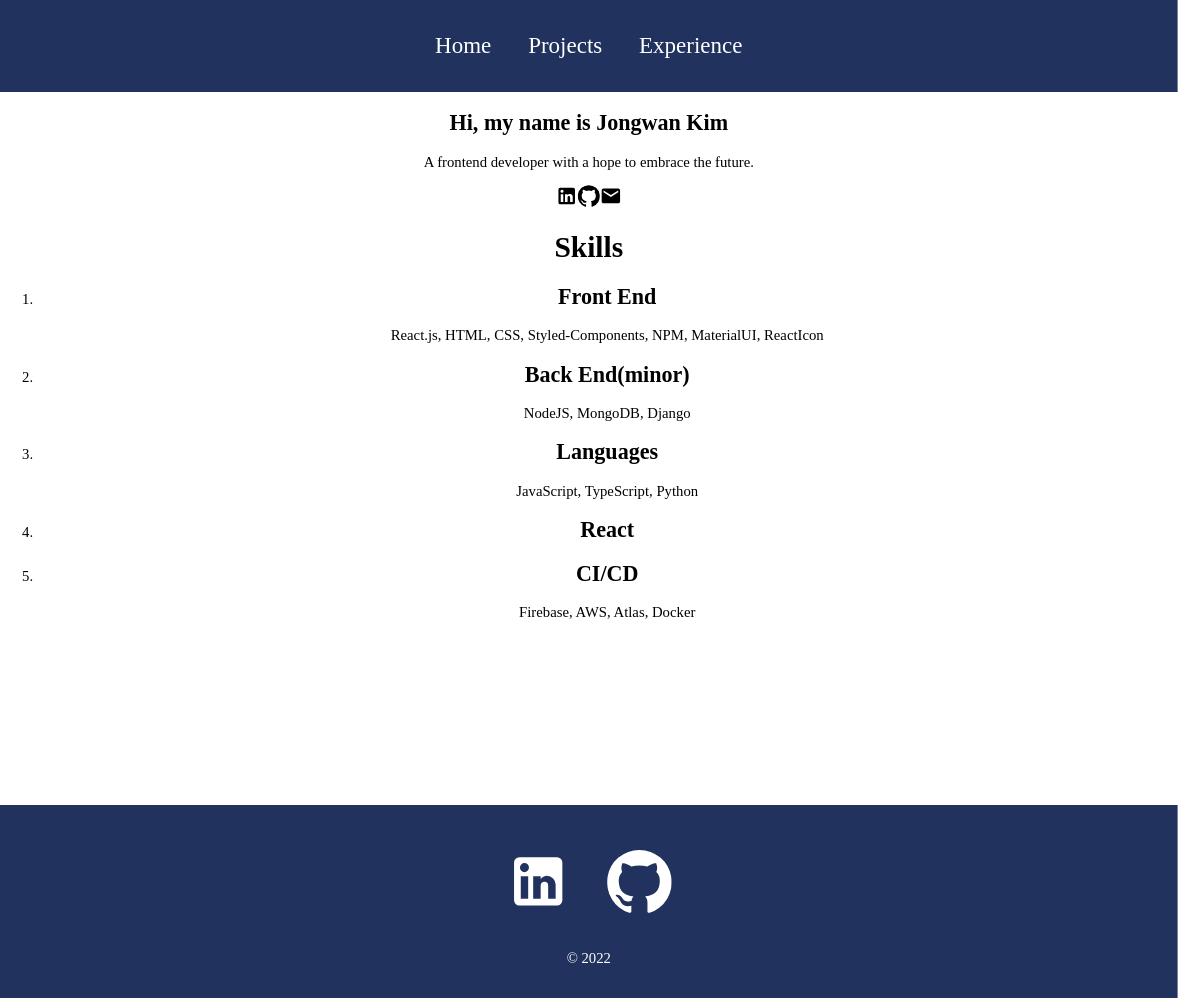
Repository: mireu-san/jw-personal-page
Page: /
An editor plug-in stored every save of this project. The page is shown before and after the next save, followed by the edit.
The browser window is 1280 px wide. The pictures show the whole page, at 92% of full size.
The project was rebuilt for these pictures with package versions that can differ from the ones it lists, and the page was loaded fresh each time. Also part of the build but not shown: src/pages/Experience.js, src/pages/Projects.js.

Above is the page before, as saved 2022-11-09 17:18:40.

### src/App.js
import "./App.css";
import { BrowserRouter as Router, Routes, Route } from "react-router-dom";
import Home from "./pages/Home";
import Experience from "./pages/Experience";
import Projects from "./pages/Projects";
import Navbar from "./components/Navbar";
import Footer from "./components/Footer";

function App() {
  return (
    <div className="App">
      <Router>
        {/* #1 차이점? */}
        <Navbar />
        <Routes>
          <Route path="/" element={<Home />} />
          <Route path="/projects" element={<Projects />} />
          <Route path="/experience" element={<Experience />} />
        </Routes>
        <Footer />
      </Router>
    </div>
  );
}

export default App;

### src/App.css
/* recommended default setting */
.App {
  text-align: center;
}

body {
  padding: 0;
  margin: 0;
}


/* end of recommended default setting */

### src/pages/Home.js
import React from "react";
import LinkedInIcon from "@material-ui/icons/LinkedIn";
import GithubIcon from "@material-ui/icons/GitHub";
import EmailIcon from "@material-ui/icons/Email";

function Home() {
  return (
    <div className="home">
      <div className="about"> </div>
      <div className="about">
        <h2>Hi, my name is Jongwan Kim</h2>
        <div className="prompt">
          <p> A frontend developer with a hope to embrace the future. </p>
          <LinkedInIcon />
          <GithubIcon />
          <EmailIcon />
        </div>
      </div>
      <div className="skills">
        <h1>Skills</h1>
        <ol className="list">
          <li className="item">
            <h2>Front End</h2>
            <span>
              React.js, HTML, CSS, Styled-Components, NPM, MaterialUI, ReactIcon{" "}
            </span>
          </li>
          <li className="item">
            <h2>Back End(minor)</h2>
            <span>NodeJS, MongoDB, Django</span>
          </li>
          <li className="item">
            <h2>Languages</h2>
            <span>JavaScript, TypeScript, Python</span>
          </li>
          <li className="item">
            <h2>React</h2>
            <span> </span>
          </li>
          <li className="item">
            <h2>CI/CD</h2>
            <span>Firebase, AWS, Atlas, Docker</span>
          </li>
        </ol>
      </div>
    </div>
  );
}

export default Home;

### src/components/Navbar.js
import React, { useEffect, useState } from "react";
import { Link, useLocation } from "react-router-dom";
import "../styles/Navbar.css";
import ReorderIcon from "@material-ui/icons/Reorder";

function Navbar() {
  const [expandNavbar, setExpandNavbar] = useState(false);

  // to let it close when user click mobile menu category
  const location = useLocation();

  useEffect(() => {
    setExpandNavbar(false);
  }, [location]);

  return (
    <div className="navbar" id={expandNavbar ? "open" : "close"}>
      <div className="toggleButton">
        {/* toggle button for mobile */}
        <button
          onClick={() => {
            setExpandNavbar((prev) => !prev);
          }}
        >
          <ReorderIcon />
        </button>
      </div>
      <div className="links">
        <Link to="/"> Home </Link>
        <Link to="/projects"> Projects </Link>
        <Link to="/experience"> Experience </Link>
      </div>
    </div>
  );
}

export default Navbar;

### src/components/Footer.js
import React from "react";
import LinkedInIcon from "@material-ui/icons/LinkedIn";
import GithubIcon from "@material-ui/icons/GitHub";
import "../styles/Footer.css";

function Footer() {
  return (
    <div className="footer">
      <div className="socialMedia">
        <LinkedInIcon />
        <GithubIcon />
      </div>
      <p> &copy; 2022 </p>
    </div>
  );
}

export default Footer;

### src/styles/Navbar.css
.navbar {
    width: 100%;
    height: 100px;
    background: #21325e;
  }

  .links {
    width: 100%;
    height: 100%;
    display: flex;
    align-items: center;
    justify-content: center;
    color: white;
  }

  .navbar a {
    color: white;
    text-decoration: none;
    margin: 20px;
    font-size: 25px;
  }

  .toggleButton {
    width: 100%;
    height: 100px;
    display: flex;
    align-items: center;
    justify-content: flex-end;
  }

  .toggleButton svg {
    font-size: 50px;
  }

  /* toggle button for mobile */
  .toggleButton button {
    margin-right: 20px;
    background-color: transparent;
    border: none;
    color: white;
    cursor: pointer;
  }

  #open {
    height: 100vh;
  }

  #open .links {
    flex-direction: column;
    justify-content: flex-start;
    margin-top: 100px;
  }

  #open a {
    width: 100%;
    text-align: center;
  }

  @media only screen and (max-width: 900px) {
    .navbar a {
      width: 70px;
    }
  }

  @media only screen and (max-width: 600px) {
    .toggleButton {
      display: flex;
    }
    #close a {
      display: none;
    }
  }

  @media only screen and (min-width: 600px) {
    .toggleButton {
      display: none;
    }

    .hiddenLinks {
      display: none;
    }

    #open {
      height: 100px;
    }

    #open .links {
      flex-direction: row;
    }
  }

Loaded but not shown: public/index.html (common file); src/index.js (common file); src/reportWebVitals.js (common file); src/styles/Footer.css (common file)

After the next save:
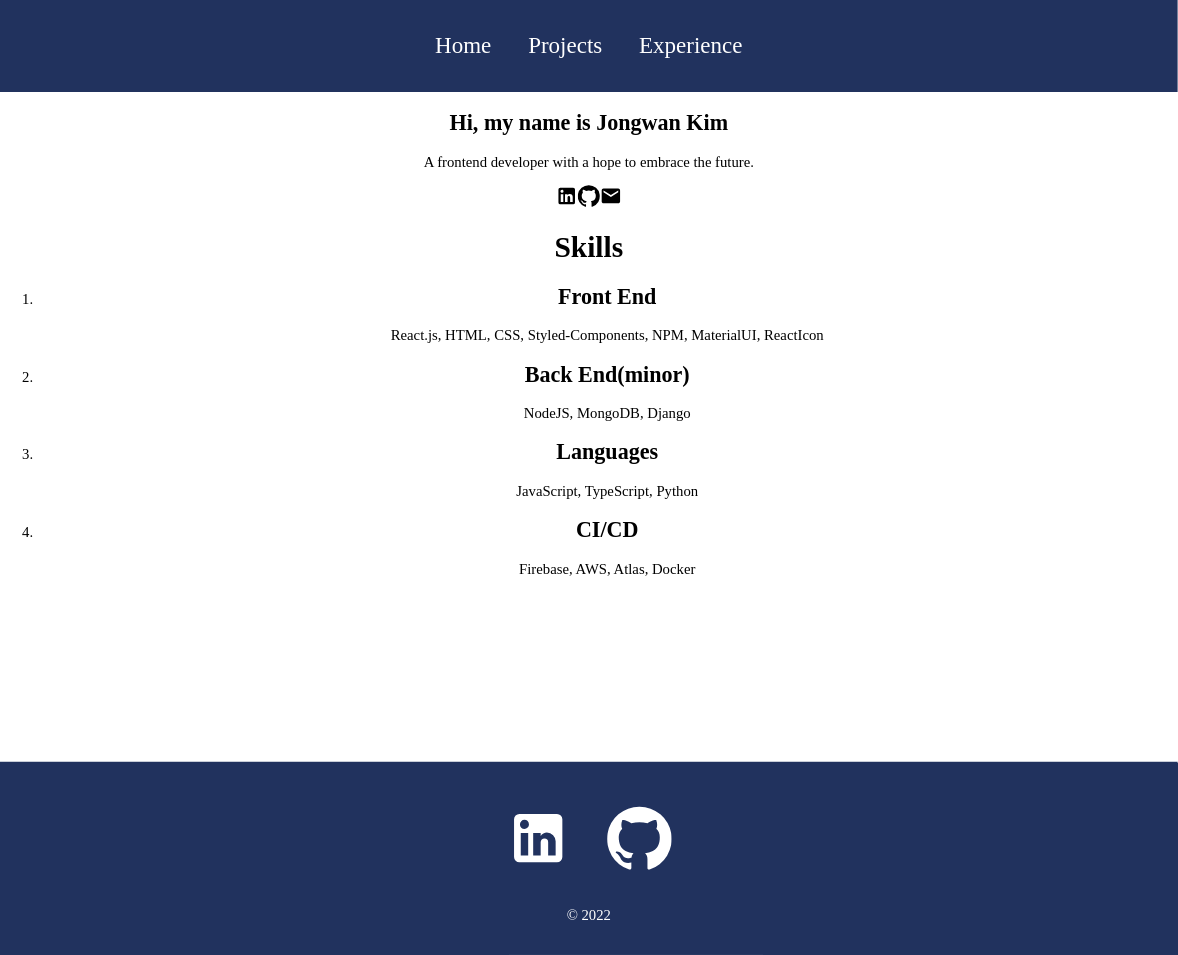
Saved 18 s later.
--- a/src/pages/Home.js
+++ b/src/pages/Home.js
@@ -34,10 +34,6 @@ function Home() {
             <span>JavaScript, TypeScript, Python</span>
           </li>
           <li className="item">
-            <h2>React</h2>
-            <span> </span>
-          </li>
-          <li className="item">
             <h2>CI/CD</h2>
             <span>Firebase, AWS, Atlas, Docker</span>
           </li>
